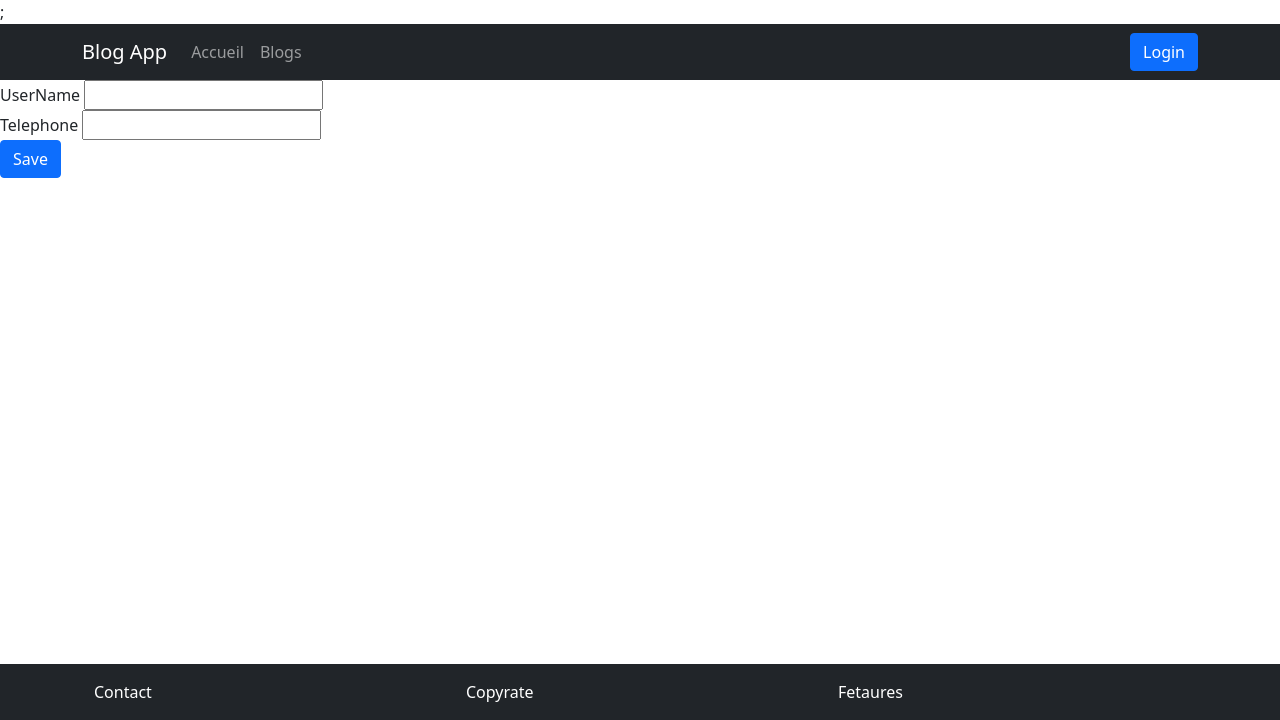
Repository: FS-23/laravel-blog-app
Page: http://localhost/user/create
An editor plug-in stored every save of this project. The page is shown before and after the next save, followed by the edit.
The browser window is 1280 px wide. The pictures show the whole page.
The page is served by the project's Laravel application, run on PHP 8.4 with Laravel 9. Other server files are loaded and not shown.

Above is the page before, as saved 2022-06-07 11:19:28.

### BlogApp/routes/web.php
<?php

use Illuminate\Support\Facades\Route;
use App\Http\Controllers\BlogController;
use App\Http\Controllers\ProductController;
use Illuminate\Http\Request;


Route::get('/', function () {
    return view('welcome');
});

Route::get('/home', function(){
    $user = ["name" =>  "Nour" , "level" =>  "A"];
    return view('home', $user);
});

Route::get('/blog' , function(){
    return view('blog.home');
});

Route::get('/blog/list' , [BlogController::class , 'index'] );

Route::get('/blog/create' , [BlogController::class  , 'create']);

Route::get('/blog/detail' , [BlogController::class , 'show']);

Route::post('/blog/store' , [BlogController::class , 'store']);

Route::get('/product' , [ProductController::class , 'index']);

Route::get('/user/create', function(){

    return view('user.create');
});
Route::post('/user/store',function(Request $request){
    dd($request -> all());
   // return 'hello world';
});

### BlogApp/resources/views/user/create.blade.php
@extends('layout.layout');
@section('content')

<form method="post" action="/user/store">
    <div>
        <label for="">UserName</label>
        <input name="userName" type="text">
    </div>
    <div>
        <label for="">Telephone</label>
        <input name="phoneNumber" type="number">
    </div>
    <button class="btn btn-primary">Save</button>
    @csrf
</form>


@endsection

### BlogApp/resources/views/layout/layout.blade.php
<!DOCTYPE html>
<html lang="en">
<head>
    <meta charset="UTF-8">
    <meta name="viewport" content="width=device-width, initial-scale=1.0">
    <meta http-equiv="X-UA-Compatible" content="ie=edge">
    <title>Blog App</title>
    <link rel="stylesheet" href="https://cdn.jsdelivr.net/npm/bootstrap@5.1.3/dist/css/bootstrap.min.css">
    <style>
        html , body {
            min-height: 100vh;
            position: relative;
            width: 100%
        }
        .footer {
            position: absolute;
            bottom: 0;
            width: 100%
        }
    </style>
</head>
<body>
    <nav class="navbar navbar-dark navbar-expand-lg bg-dark">
        <div class="container">
            <div class="navbar-brand">Blog App</div>
            <button class="navbar-toggler" data-bs-toggle="collapse" href="#navbar-container">
                <span class="navbar-toggler-icon"></span>
            </button>
            <div class="collapse navbar-collapse show" id="navbar-container">
                <ul class="navbar-nav">
                    <li class="nav-item">
                        <a href="/" class="nav-link">Accueil</a>
                    </li>
                    <li class="nav-item">
                        <a href="/blog/list" class="nav-link">Blogs</a>
                    </li>
                </ul>
            </div>

            <div>
                <button class="btn btn-primary">
                     Login
                </button>
            </div>

        </div>
    </nav>

    <div class="" style="padding-bottom: 100px">

            @yield("content")

    </div>

     <footer class="bg-dark text-white p-3 footer">
         <div class="container">
             <div class="row mx-0">
                    <div class="col-4">
                        <div> Contact</div>
                    </div>
                    <div class="col-4">
                        <div>Copyrate</div>
                    </div>
                    <div class="col-4">
                        <div>Fetaures</div>
                    </div>
             </div>
         </div>
     </footer>

    <script src="https://cdn.jsdelivr.net/npm/bootstrap@5.1.3/dist/js/bootstrap.min.js"></script>
</body>
</html>

After the next save:
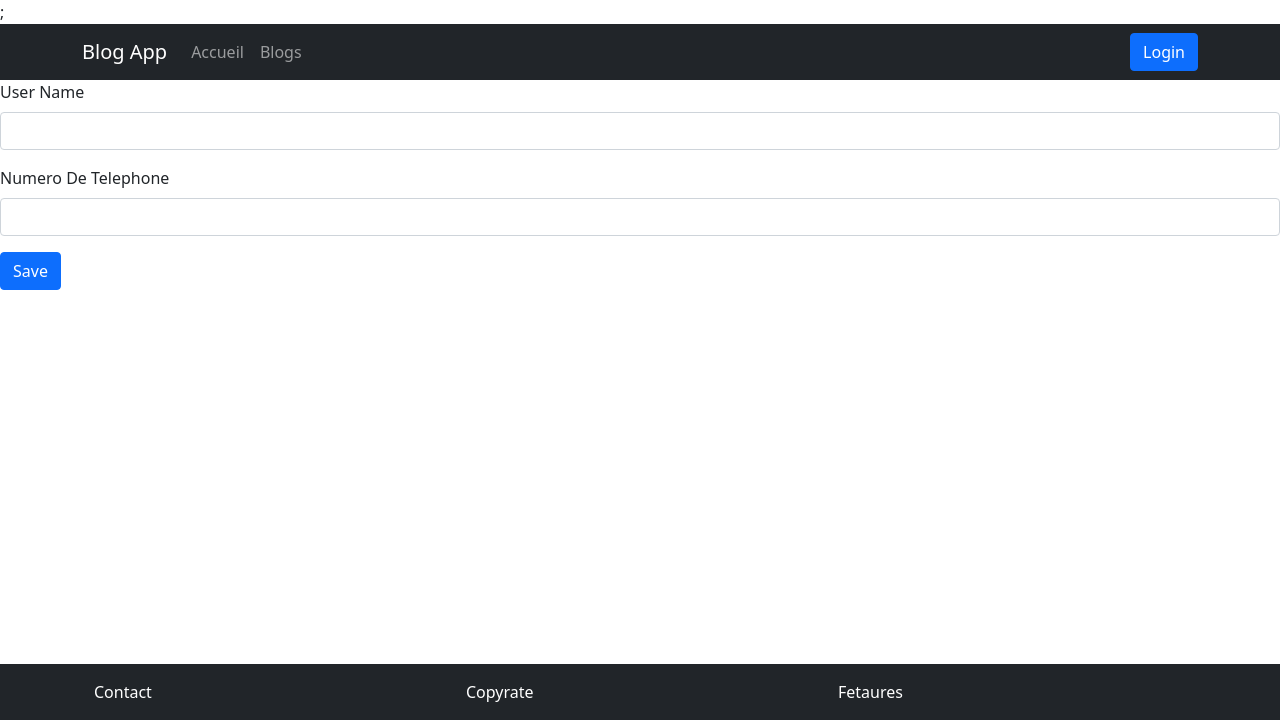
Saved 2 min 47 s later.
--- a/BlogApp/resources/views/user/create.blade.php
+++ b/BlogApp/resources/views/user/create.blade.php
@@ -1,15 +1,15 @@
 @extends('layout.layout');
 @section('content')
 
-<form method="post" action="/user/store">
-    <div>
-        <label for="">UserName</label>
-        <input name="userName" type="text">
-    </div>
-    <div>
-        <label for="">Telephone</label>
-        <input name="phoneNumber" type="number">
-    </div>
+<form class="" method="post" action="/user/store">
+    <div class="mb-3">
+        <label for="exampleInputUser" class="form-label">User Name</label>
+        <input type="text" class="form-control">
+      </div>
+      <div class="mb-3">
+        <label for="exampleInputNumber" class="form-label">Numero De Telephone</label>
+        <input type="number" class="form-control">
+      </div>
     <button class="btn btn-primary">Save</button>
     @csrf
 </form>
